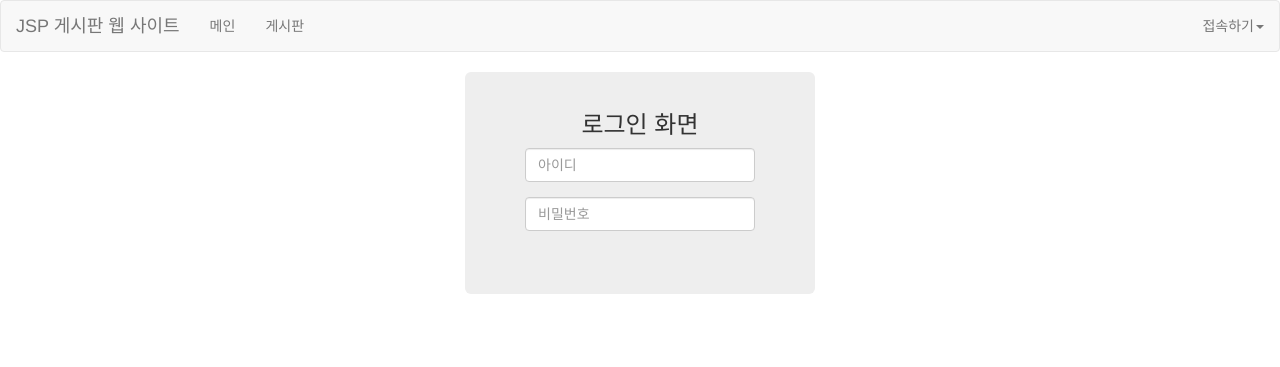
Repository: winter9388/JSP_BBS
Page: http://localhost/BBS/퍋ㅈ.jsp
The author's editor kept a copy of each file at every save. The page is drawn from the files as they stood at one save, then again after the next save.
The browser window is 1280 px wide. The pictures show the whole page.
Some web libraries are served in a nearby version. The page is served by Tomcat 9.

Above is the page before, as saved 2022-08-11 03:50:07.

After the next save:
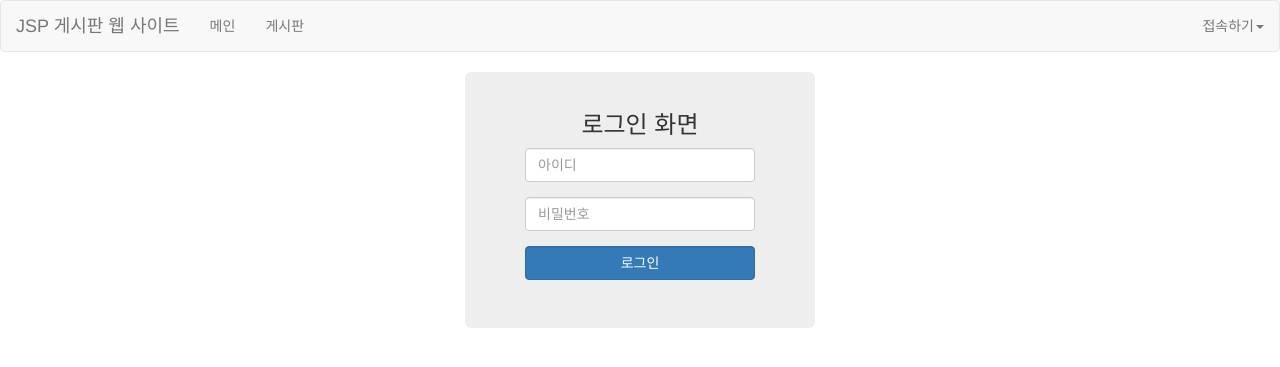
Saved 106 s later.
--- a/BBS/src/main/webapp/퍋ㅈ.jsp
+++ b/BBS/src/main/webapp/퍋ㅈ.jsp
@@ -50,6 +50,7 @@
 					<div class="form-group">
 						<input type="password" class="form-control" placeholder="비밀번호" name="userPassword" maxlength="20">
 					</div>
+					<input type="submit" class="btn btn-primary form-control" value="로그인">
 				</form>
 			</div>
 		</div>

After the save that followed:
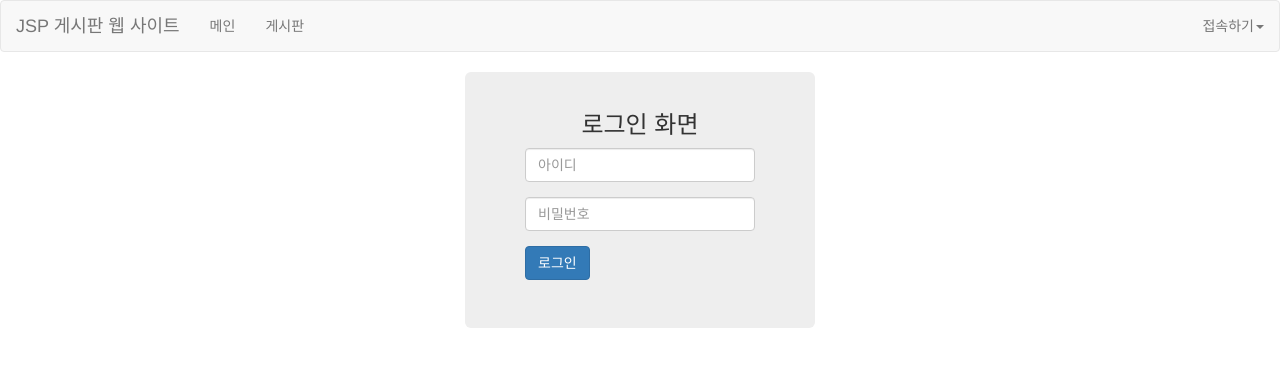
Saved 13 s later.
--- a/BBS/src/main/webapp/퍋ㅈ.jsp
+++ b/BBS/src/main/webapp/퍋ㅈ.jsp
@@ -50,7 +50,7 @@
 					<div class="form-group">
 						<input type="password" class="form-control" placeholder="비밀번호" name="userPassword" maxlength="20">
 					</div>
-					<input type="submit" class="btn btn-primary form-control" value="로그인">
+					<input type="submit" class="btn btn-primary " value="로그인">
 				</form>
 			</div>
 		</div>
